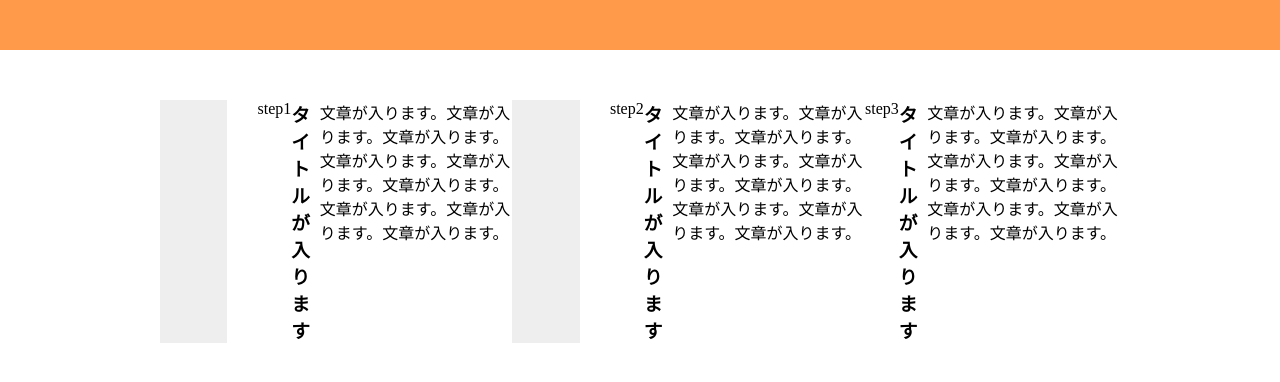
Repository: takuto27/ouyou
Page: chapter9-2_exercise/ensyu9-2.html
The author's editor kept a record of every edit. The page is drawn from the files as they stood at one moment, then again after the next edit.
The browser window is 1280 px wide. The pictures show the whole page.

Above is the page before.

After the next edit:
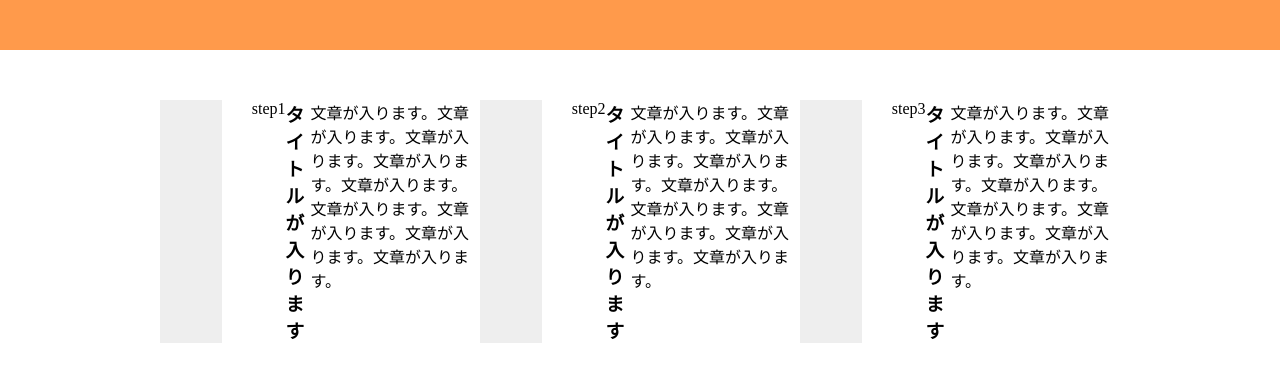
The edit:
--- a/chapter9-2_exercise/ensyu9-2.html
+++ b/chapter9-2_exercise/ensyu9-2.html
@@ -22,7 +22,7 @@
         <h3 class="title">タイトルが入ります</h3>
         <p class="text">文章が入ります。文章が入ります。文章が入ります。文章が入ります。文章が入ります。文章が入ります。文章が入ります。文章が入ります。文章が入ります。</p>
 
-      <div class="box3"></div>
+      <div class="box"></div>
         <div class="image"></div>
         <span class="category">step3</span>
         <h3 class="title">タイトルが入ります</h3>
